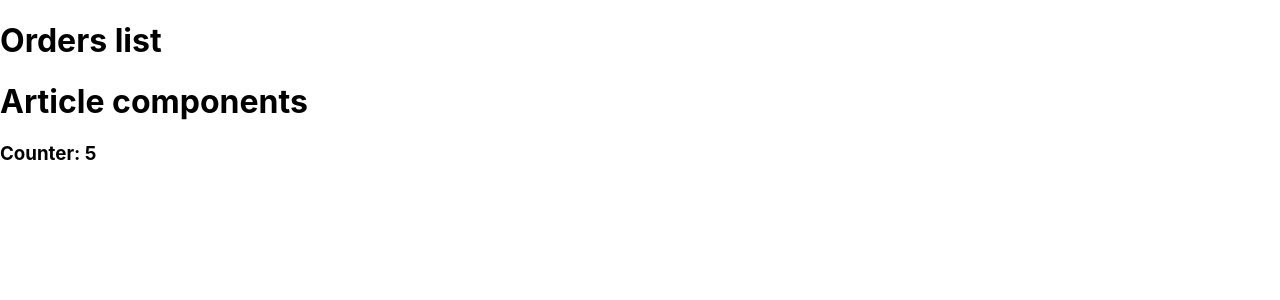
Repository: FS-23/react-navigation
Page: /
These files come from the project's save history. The page is drawn as it stood at one moment and after a run of saves; the edit follows.
The browser window is 1280 px wide. The pictures show the whole page.
The project was rebuilt for these pictures with package versions that can differ from the ones it lists, and the page was loaded fresh each time.

Above is the page before, as saved 2022-05-06 14:14:11.

After the next 2 saves:
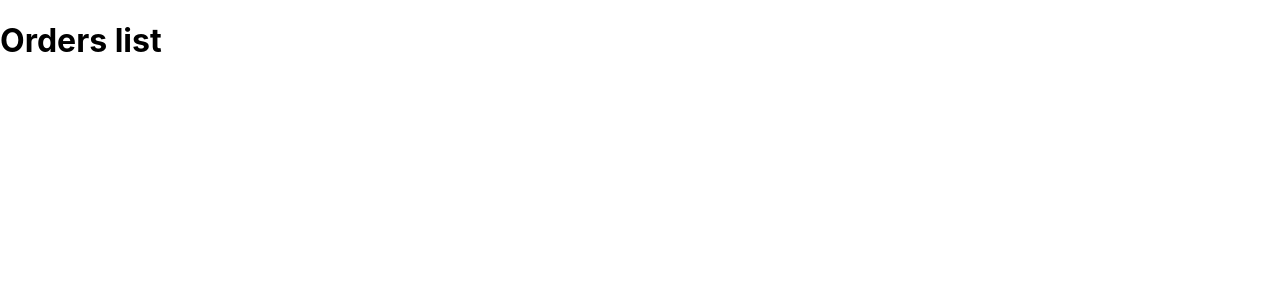
The 2 saves are shown as one change because they came seconds apart.
The last was saved 17 s later.
--- a/src/App.js
+++ b/src/App.js
@@ -5,7 +5,6 @@
   return (
     <div className="App">
         <OrderList />
-        <Article />
     </div>
   );
 }
